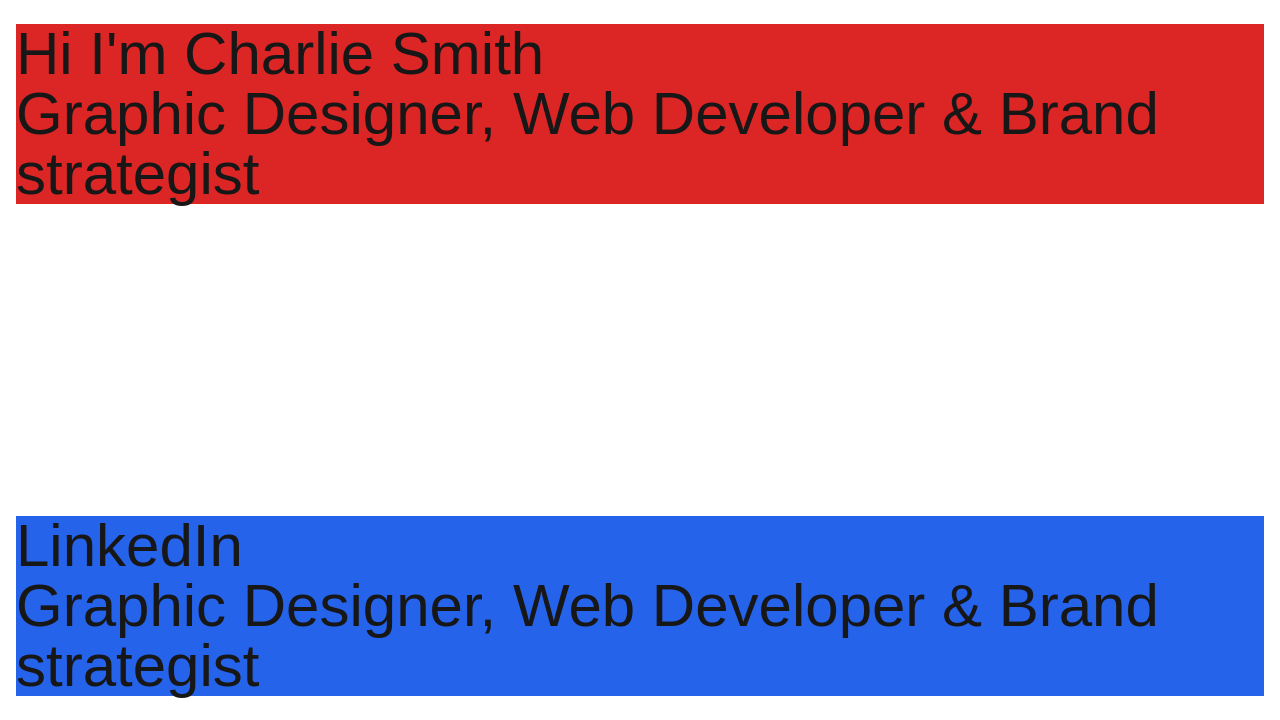
Repository: charlehs/portfolio
Page: /
These files come from the project's save history. The page is drawn as it stood at one moment and after the next save; the edit follows.
The browser window is 1280 px wide. The pictures show the whole page.
The project was rebuilt for these pictures with package versions that can differ from the ones it lists, and the page was loaded fresh each time. The framework's server and built-in components were replaced by stand-ins that run in the browser. Also part of the build but not shown: next.config.ts.

Above is the page before, as saved 2025-01-02 16:48:30.

After the next save:
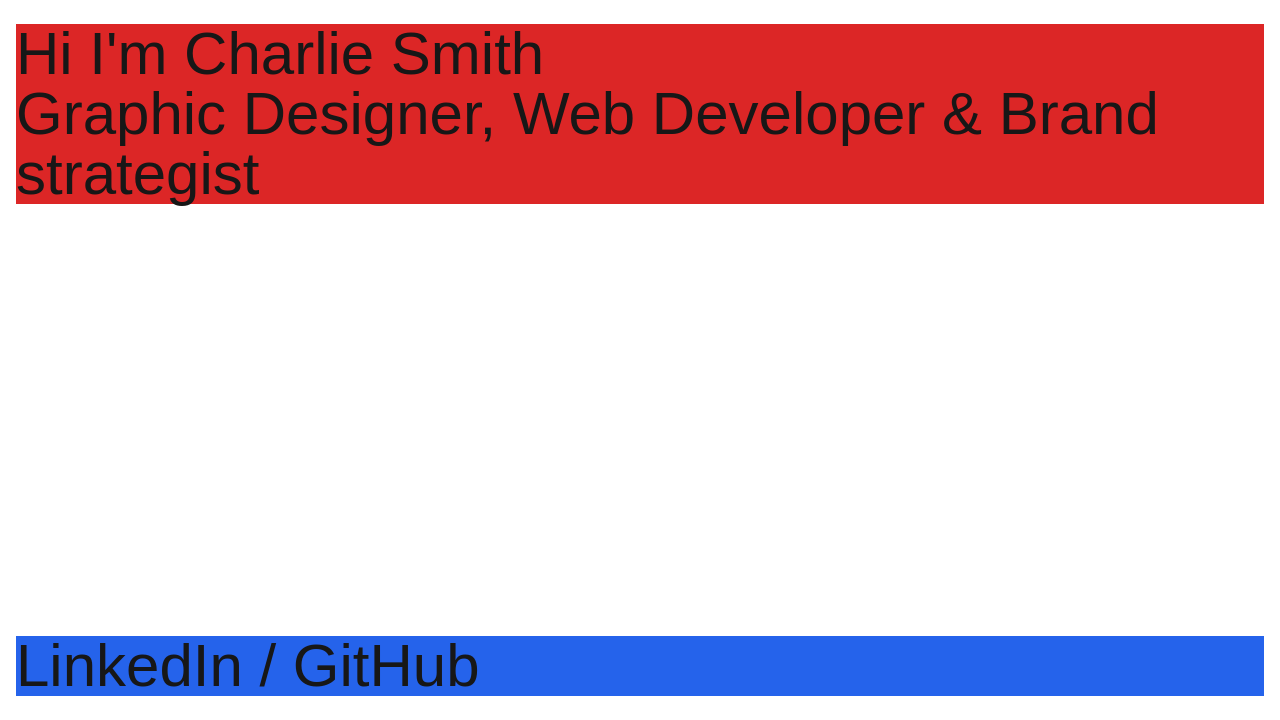
Saved 15 s later.
--- a/app/page.tsx
+++ b/app/page.tsx
@@ -13,13 +13,7 @@
         </p>
       </main>
       <footer className=" bg-blue-600">
-        <p className=" text-6xl">
-          LinkedIn
-          <br />{" "}
-          <span className="text-6xl">
-            Graphic Designer, Web Developer & Brand strategist
-          </span>
-        </p>
+        <p className=" text-6xl">LinkedIn / GitHub</p>
       </footer>
     </div>
   );
